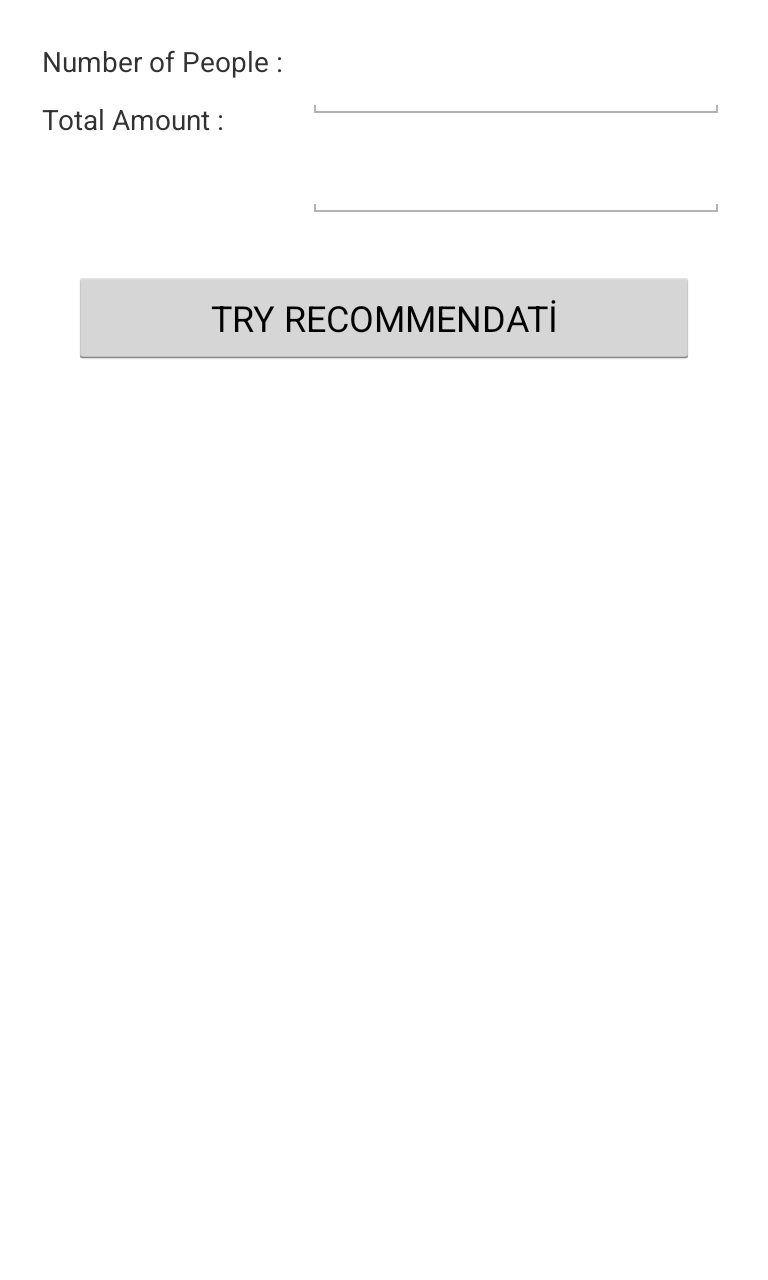
Repository: erenerdogan/ERMS
Layout: ERMSMobile/ERMS/res/layout/activity_try_recommendation.xml
These files come from the project's save history. The layout is drawn as it stood at one moment and after the next save; the edit follows.
It is drawn on a 768 x 1280 px phone screen (xhdpi) without system bars, with theme AppTheme; the app's code is not run.

Above is the layout before, as saved 2013-12-21 19:24:03.

### ERMSMobile/ERMS/res/layout/activity_try_recommendation.xml
<RelativeLayout xmlns:android="http://schemas.android.com/apk/res/android"
    xmlns:tools="http://schemas.android.com/tools"
    android:layout_width="match_parent"
    android:layout_height="match_parent"
    android:paddingBottom="@dimen/activity_vertical_margin"
    android:paddingLeft="@dimen/activity_horizontal_margin"
    android:paddingRight="@dimen/activity_horizontal_margin"
    android:paddingTop="@dimen/activity_vertical_margin"
    tools:context=".TryRecommendationActivity" >

    <TextView
        android:id="@+id/tryPeople"
        android:layout_width="wrap_content"
        android:layout_height="wrap_content"
        android:layout_alignParentLeft="true"
        android:layout_margin="5dip"
        android:text="Number of People :" />

    <EditText
        android:id="@+id/tryPeopleEdit"
        android:layout_width="wrap_content"
        android:layout_height="wrap_content"
        android:layout_alignParentRight="true"
        android:layout_alignRight="@+id/tryPeople"
        android:layout_margin="5dip"
        android:ems="10"
        android:inputType="number" >
    </EditText>

    <TextView
        android:id="@+id/tryAmount"
        android:layout_width="wrap_content"
        android:layout_height="wrap_content"
        android:layout_alignParentLeft="true"
        android:layout_below="@+id/tryPeople"
        android:layout_margin="5dip"
        android:text="Total Amount :" />

    <EditText
        android:id="@+id/tryAmountEdit"
        android:layout_width="wrap_content"
        android:layout_height="wrap_content"
        android:layout_alignParentRight="true"
        android:layout_alignRight="@+id/tryPeople"
        android:layout_below="@+id/tryPeopleEdit"
        android:layout_margin="5dip"
        android:ems="10"
        android:inputType="number" >
    </EditText>

    <Button
        android:id="@+id/trybtn"
        android:layout_width="fill_parent"
        android:layout_height="wrap_content"
        android:layout_below="@+id/tryAmountEdit"
        android:layout_centerHorizontal="true"
        android:layout_margin="20dip"
        android:layout_marginTop="28dp"
        android:text="TRY RECOMMENDATİ" />

</RelativeLayout>

Loaded but not shown: ERMSMobile/ERMS/res/values/styles.xml (common file); ERMSMobile/ERMS/res/values-v11/styles.xml (common file); ERMSMobile/ERMS/res/values-v14/styles.xml (common file); ERMSMobile/ERMS/res/values/dimens.xml (common file)

After the next save:
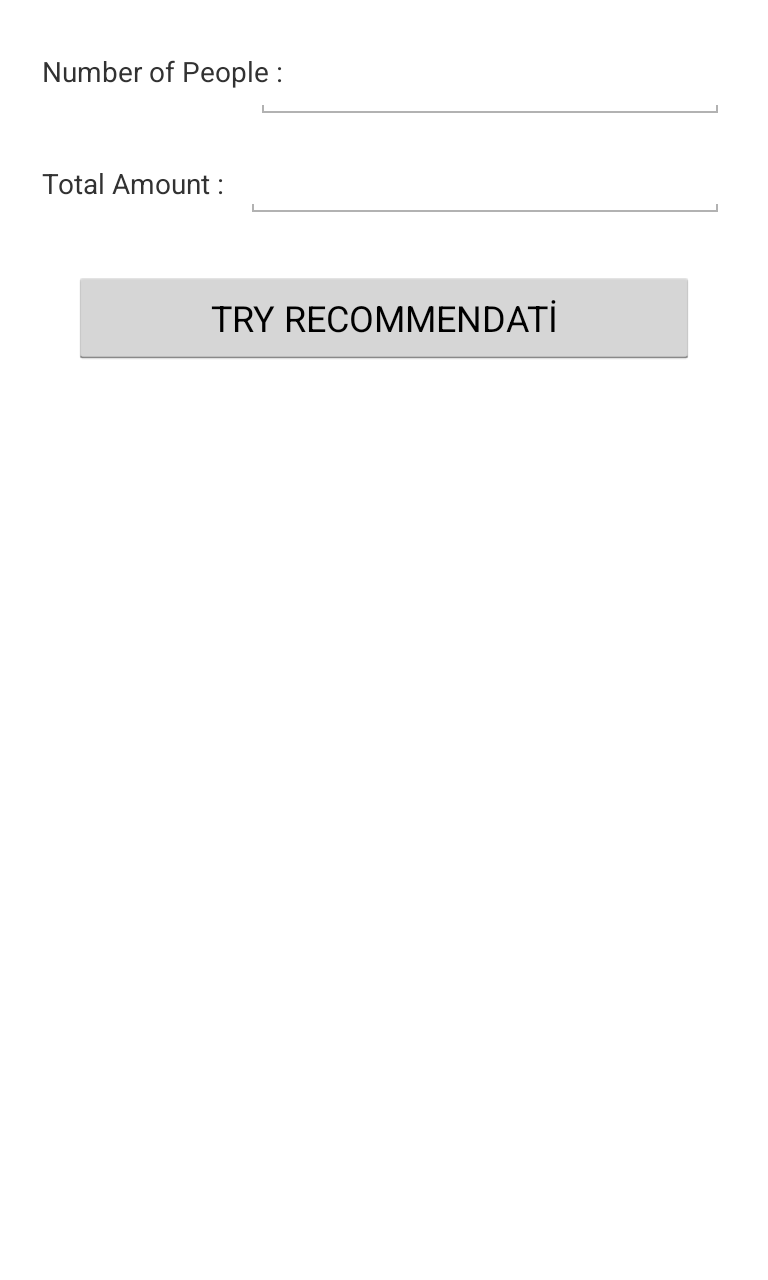
Saved 101 s later.
--- a/ERMSMobile/ERMS/res/layout/activity_try_recommendation.xml
+++ b/ERMSMobile/ERMS/res/layout/activity_try_recommendation.xml
@@ -8,33 +8,18 @@
     android:paddingTop="@dimen/activity_vertical_margin"
     tools:context=".TryRecommendationActivity" >
 
-    <TextView
-        android:id="@+id/tryPeople"
-        android:layout_width="wrap_content"
-        android:layout_height="wrap_content"
-        android:layout_alignParentLeft="true"
-        android:layout_margin="5dip"
-        android:text="Number of People :" />
-
     <EditText
         android:id="@+id/tryPeopleEdit"
         android:layout_width="wrap_content"
         android:layout_height="wrap_content"
+        android:layout_alignLeft="@+id/tryAmountEdit"
         android:layout_alignParentRight="true"
         android:layout_alignRight="@+id/tryPeople"
         android:layout_margin="5dip"
         android:ems="10"
         android:inputType="number" >
+
     </EditText>
-
-    <TextView
-        android:id="@+id/tryAmount"
-        android:layout_width="wrap_content"
-        android:layout_height="wrap_content"
-        android:layout_alignParentLeft="true"
-        android:layout_below="@+id/tryPeople"
-        android:layout_margin="5dip"
-        android:text="Total Amount :" />
 
     <EditText
         android:id="@+id/tryAmountEdit"
@@ -44,8 +29,10 @@
         android:layout_alignRight="@+id/tryPeople"
         android:layout_below="@+id/tryPeopleEdit"
         android:layout_margin="5dip"
+        android:layout_toRightOf="@+id/tryAmount"
         android:ems="10"
         android:inputType="number" >
+
     </EditText>
 
     <Button
@@ -58,4 +45,24 @@
         android:layout_marginTop="28dp"
         android:text="TRY RECOMMENDATİ" />
 
+    <TextView
+        android:id="@+id/tryAmount"
+        android:layout_width="wrap_content"
+        android:layout_height="wrap_content"
+        android:layout_alignBaseline="@+id/tryAmountEdit"
+        android:layout_alignBottom="@+id/tryAmountEdit"
+        android:layout_alignParentLeft="true"
+        android:layout_margin="5dip"
+        android:text="Total Amount :" />
+
+    <TextView
+        android:id="@+id/tryPeople"
+        android:layout_width="wrap_content"
+        android:layout_height="wrap_content"
+        android:layout_alignBottom="@+id/tryPeopleEdit"
+        android:layout_alignParentLeft="true"
+        android:layout_alignTop="@+id/tryPeopleEdit"
+        android:layout_margin="5dip"
+        android:text="Number of People :" />
+
 </RelativeLayout>
